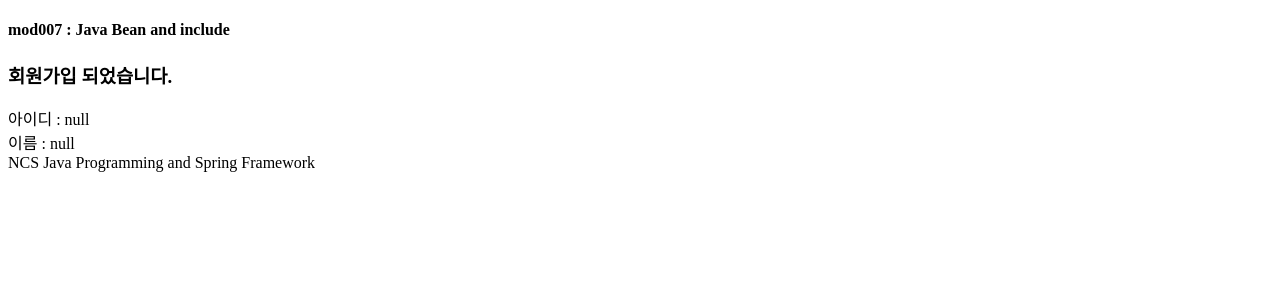
Repository: zeroj-0/eclipseProjects
Page: http://localhost/jv301/mod010/success.jsp
An editor plug-in stored every save of this project. The page is shown before and after the next save, followed by the edit.
The browser window is 1280 px wide. The pictures show the whole page.
The page is served by Tomcat 9. Nobody is signed in. The application's start-up code is not run.

Above is the page before, as saved 2022-07-04 03:31:44.

After the next save:
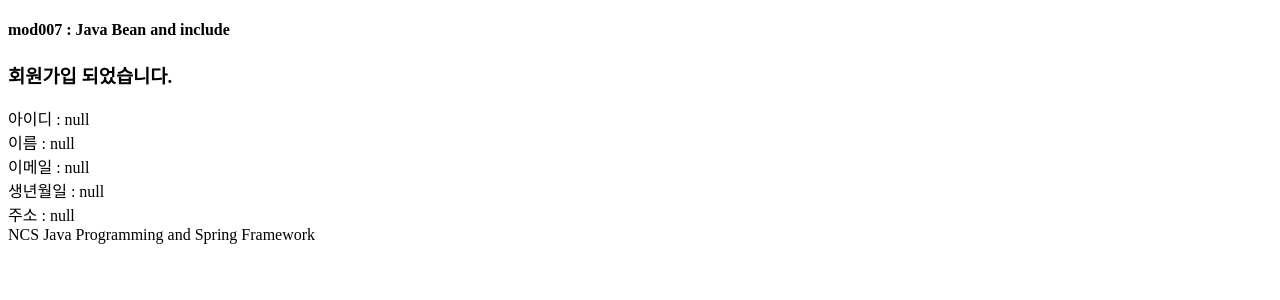
Saved 52 s later.
--- a/jv301/src/main/webapp/mod010/success.jsp
+++ b/jv301/src/main/webapp/mod010/success.jsp
@@ -14,9 +14,13 @@
 		</div>
 		<div id="content-wrapper">
 			<h3>회원가입 되었습니다.</h3>
+			<%-- User클래스에서의 던져준 객체의 프로퍼티를 가져오는 것 --%>
 			<jsp:useBean id="user" class="com.varxyz.jv301.mod007.User" scope="request"/>
 			아이디 : <jsp:getProperty property="userId" name="user"/><br>
-			이름 : <jsp:getProperty property="userName" name="user"/>
+			이름 : <jsp:getProperty property="userName" name="user"/><br>
+			이메일 : <jsp:getProperty property="email" name="user"/><br>
+			생년월일 : <jsp:getProperty property="ssn" name="user"/><br>
+			주소 : <jsp:getProperty property="addr" name="user"/><br>
 		</div>
 		<div id="footer">
 			<%@ include file="/incl/footer.jsp" %>
